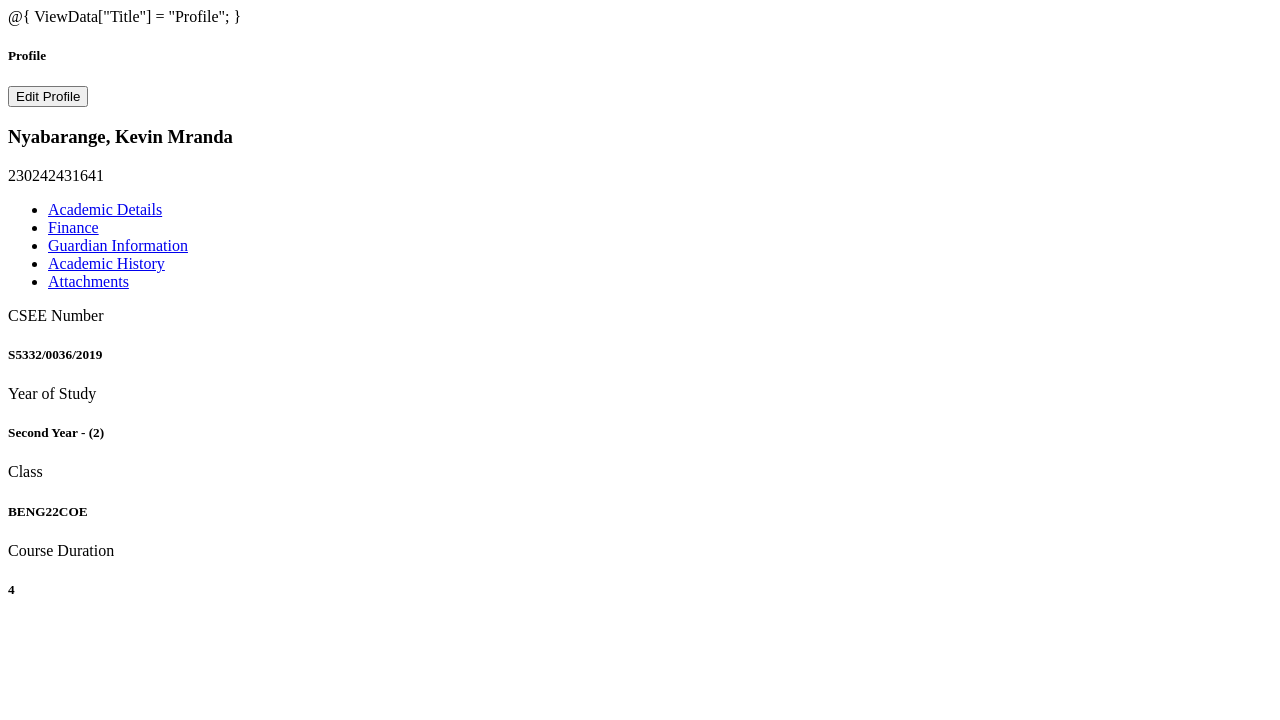
Repository: Euphrase8/SOMA-main
Page: Views/Profile/Profile.html
The author's editor kept a copy of each file at every save. The page is drawn from the files as they stood at one save, then again after a run of saves.
The browser window is 1280 px wide. The pictures show the whole page.

Above is the page before, as saved 2024-05-29 03:13:23.

After the next 2 saves:
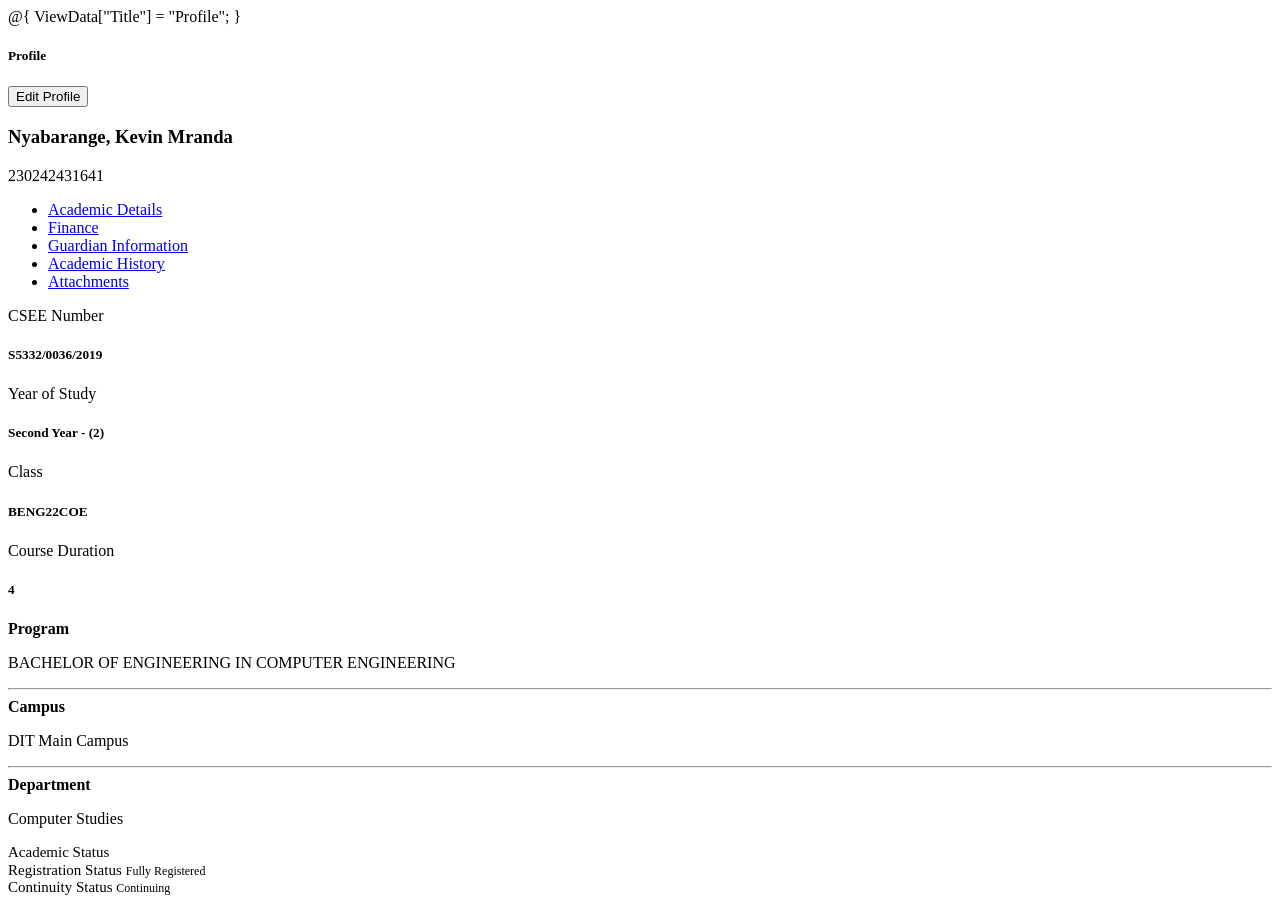
The 2 saves are shown as one change because they came seconds apart.
The last was saved 3 min 27 s later.
--- a/Views/Profile/Profile.html
+++ b/Views/Profile/Profile.html
@@ -78,6 +78,74 @@
                                     </div>
                                 </div>
                             </div>
+                            <div class="row mt-4">
+                                <div class="col-12 col-md-7">
+                                    <div class="card">
+                                        <div class="card-body">
+                                            <strong><i class="fas fa-book mr-1"></i>
+                                                Program</strong>
+                                            <p class="text-muted">
+                                                BACHELOR OF ENGINEERING IN COMPUTER ENGINEERING
+                                            </p>
+                                            <hr>
+                                            <strong><i class="fas fa-map-marker-alt mr-1"></i>
+                                                Campus</strong>
+                                            <p class="text-muted">
+                                                DIT Main Campus
+                                            </p>
+                                            <hr>
+                                            <strong><i class="far fa-file-alt mr-1"></i>
+                                                Department</strong>
+                                            <p class="text-muted">
+                                                Computer Studies
+                                            </p>
+                                        </div>
+                                    </div>
+                                </div>
+                                <div class="col-12 col-md-5">
+                                    <div class="info-box">
+                                        <span class="info-box-icon bg-primary elevation-1"><i class="fa-solid fa-book"></i></span>
+
+                                        <div class="info-box-content">
+                                            <span class="info-box-text" style="font-size: 15px;">Academic Status
+                                            </span>
+                                            <span class="info-box-number" style="font-size: 12px;">
+
+
+
+                                            </span>
+                                        </div>
+                                    </div>
+                                    <div class="info-box">
+                                        <span class="info-box-icon bg-danger elevation-1">
+                                            <i class="fa-regular fa-id-card"></i></span>
+
+                                        <div class="info-box-content">
+                                            <span class="info-box-text" style="font-size: 15px;">Registration
+                                                Status</span>
+                                            <span class="info-box-number" style="font-size: 12px;">
+
+                                                Fully Registered
+
+                                            </span>
+                                        </div>
+                                    </div>
+                                    <div class="info-box">
+                                        <span class="info-box-icon bg-warning elevation-1">
+                                            <i class="fa-solid fa-forward-fast"></i></span>
+
+                                        <div class="info-box-content">
+                                            <span class="info-box-text" style="font-size: 15px;">Continuity Status
+                                            </span>
+                                            <span class="info-box-number" style="font-size: 12px;">
+
+                                                Continuing
+
+                                            </span>
+                                        </div>
+                                    </div>
+                                </div>
+                            </div>
                         </div>
                     </div>
                 </div>
